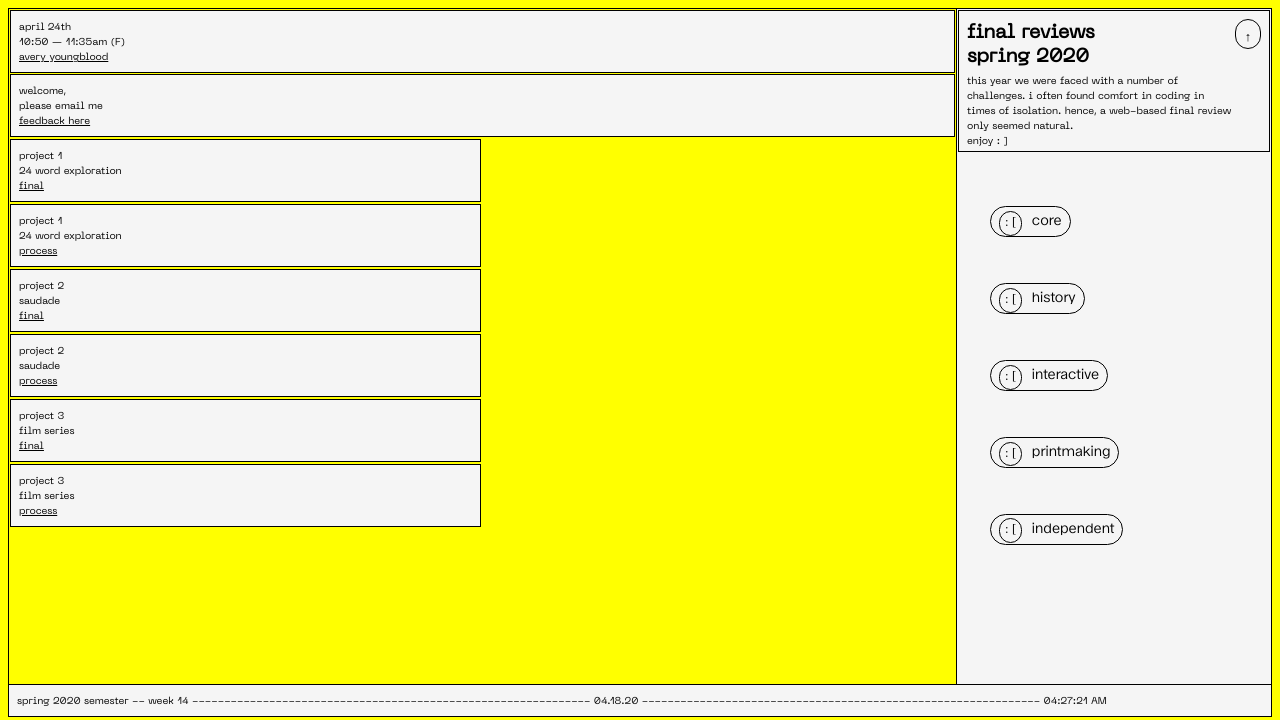
Repository: ayoungblood2/Spring-Semester-2020
Page: index v2/classes/core.html
These files come from the project's save history. The page is drawn as it stood at one moment and after the next save; the edit follows.
The browser window is 1280 px wide. The pictures show the whole page.
Some web libraries are served in a nearby version.

Above is the page before, as saved 2020-04-18 04:33:35.

After the next save:
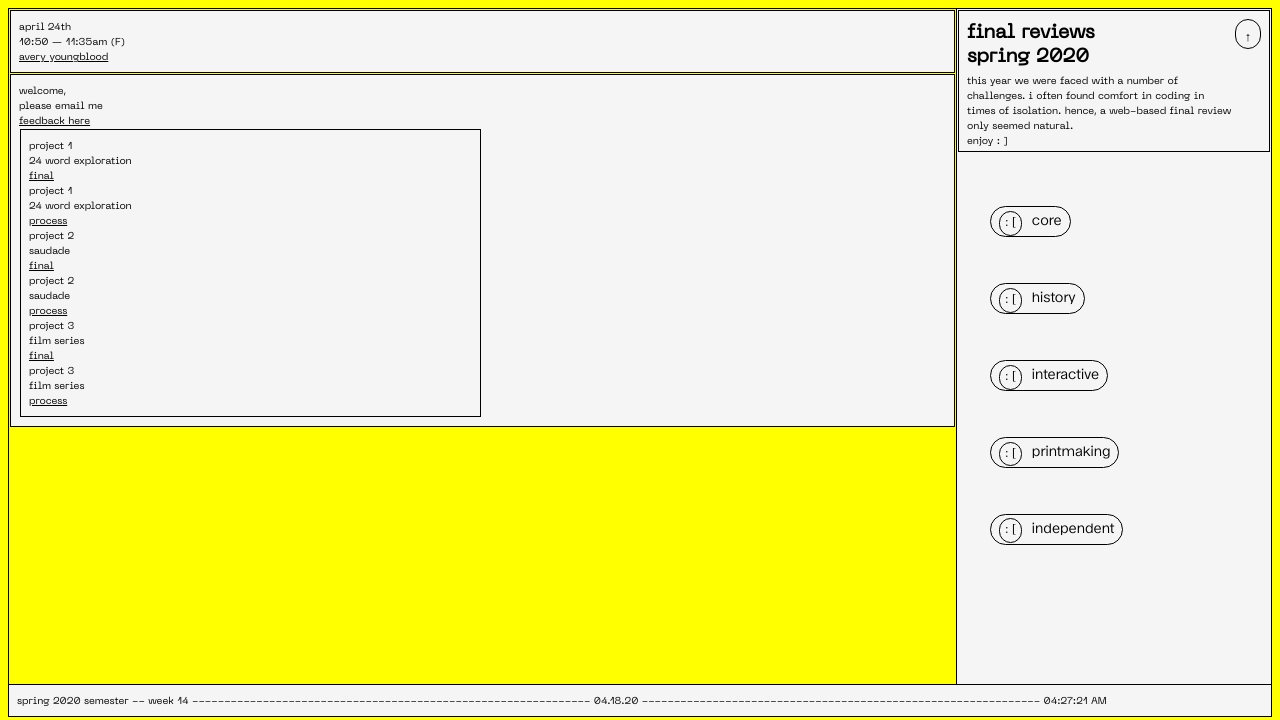
Saved 10 h 6 min later.
--- a/index v2/classes/core.html
+++ b/index v2/classes/core.html
@@ -44,7 +44,7 @@
                 <br> please email me
                 <br><a href="avery.youngblood@yale.edu" class="PageHeader--link">feedback here</a>
             </section>
-        </header>
+
 
         <header class="PageHeader PageHeader--home" style="display: inline-flex; width:49.75%;">
             <section class="PageHeader-classInfo">
@@ -52,40 +52,34 @@
                 <br> 24 word exploration
                 <br><a href="/index v2/classes/core-prct1-1.html" class="PageHeader--link">final</a>
             </section>
-        </header>
-        <header class="PageHeader PageHeader--home" style="display: inline-flex; width:49.75%;">
+
             <section class="PageHeader-classInfo">
                 project 1
                 <br> 24 word exploration
                 <br><a href="/index v2/classes/core-prct1-2.html" class="PageHeader--link">process</a>
             </section>
-        </header>
-
-        <header class="PageHeader PageHeader--home" style="display: inline-flex; width:49.75%;">
+
             <section class="PageHeader-classInfo">
                 project 2
                 <br> saudade
                 <br><a href="/index v2/classes/core-prct2-1.html" class="PageHeader--link">final</a>
             </section>
-        </header>
-
-        <header class="PageHeader PageHeader--home" style="display: inline-flex; width:49.75%;">
+
+
             <section class="PageHeader-classInfo">
                 project 2
                 <br> saudade
                 <br><a href="/index v2/classes/core-prct2-2.html" class="PageHeader--link">process</a>
             </section>
-        </header>
-
-        <header class="PageHeader PageHeader--home" style="display: inline-flex; width:49.75%;">
+
+
             <section class="PageHeader-classInfo">
                 project 3
                 <br> film series
                 <br><a href="/index v2/classes/core-prct3-1.html" class="PageHeader--link">final</a>
             </section>
-        </header>
-
-        <header class="PageHeader PageHeader--home" style="display: inline-flex; width:49.75%;">
+
+
             <section class="PageHeader-classInfo">
                 project 3
                 <br> film series

After the save that followed:
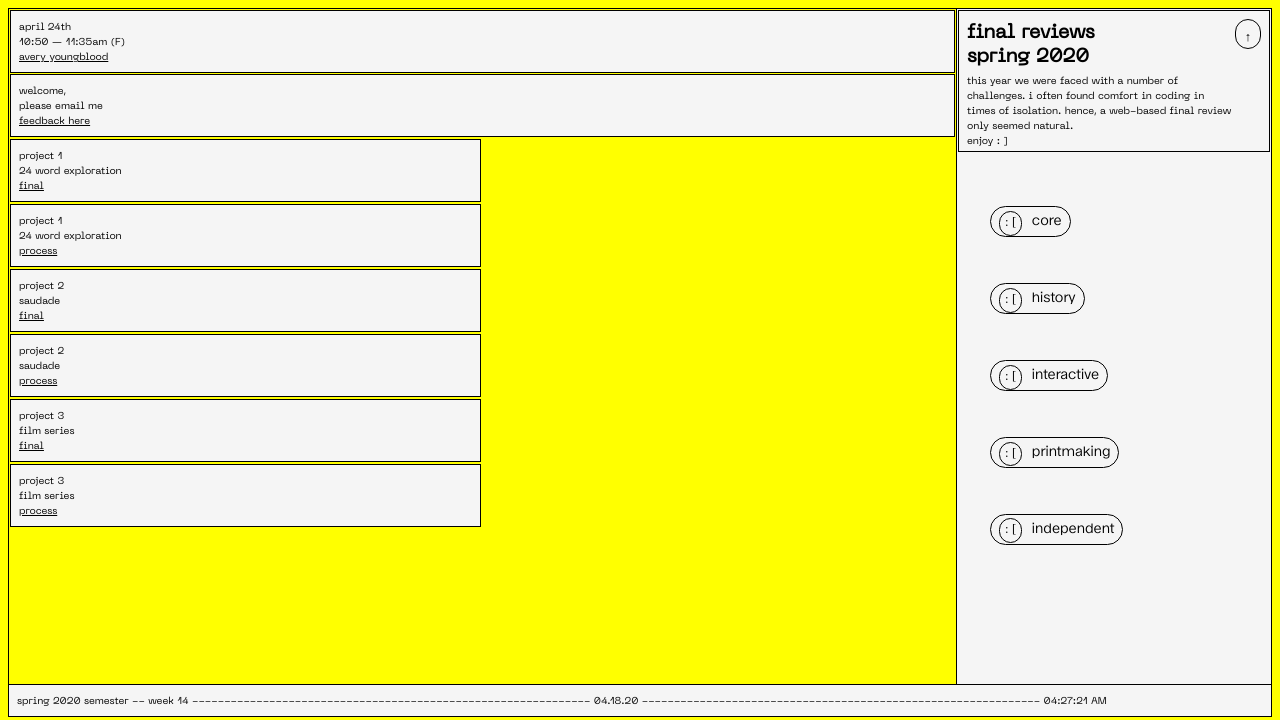
Saved 95 s later.
--- a/index v2/classes/core.html
+++ b/index v2/classes/core.html
@@ -44,7 +44,7 @@
                 <br> please email me
                 <br><a href="avery.youngblood@yale.edu" class="PageHeader--link">feedback here</a>
             </section>
-
+        </header>
 
         <header class="PageHeader PageHeader--home" style="display: inline-flex; width:49.75%;">
             <section class="PageHeader-classInfo">
@@ -52,34 +52,40 @@
                 <br> 24 word exploration
                 <br><a href="/index v2/classes/core-prct1-1.html" class="PageHeader--link">final</a>
             </section>
-
+        </header>
+        <header class="PageHeader PageHeader--home" style="display: inline-flex; width:49.75%;">
             <section class="PageHeader-classInfo">
                 project 1
                 <br> 24 word exploration
                 <br><a href="/index v2/classes/core-prct1-2.html" class="PageHeader--link">process</a>
             </section>
-
+        </header>
+
+        <header class="PageHeader PageHeader--home" style="display: inline-flex; width:49.75%;">
             <section class="PageHeader-classInfo">
                 project 2
                 <br> saudade
                 <br><a href="/index v2/classes/core-prct2-1.html" class="PageHeader--link">final</a>
             </section>
-
-
+        </header>
+
+        <header class="PageHeader PageHeader--home" style="display: inline-flex; width:49.75%;">
             <section class="PageHeader-classInfo">
                 project 2
                 <br> saudade
                 <br><a href="/index v2/classes/core-prct2-2.html" class="PageHeader--link">process</a>
             </section>
-
-
+        </header>
+
+        <header class="PageHeader PageHeader--home" style="display: inline-flex; width:49.75%;">
             <section class="PageHeader-classInfo">
                 project 3
                 <br> film series
                 <br><a href="/index v2/classes/core-prct3-1.html" class="PageHeader--link">final</a>
             </section>
-
-
+        </header>
+
+        <header class="PageHeader PageHeader--home" style="display: inline-flex; width:49.75%;">
             <section class="PageHeader-classInfo">
                 project 3
                 <br> film series
